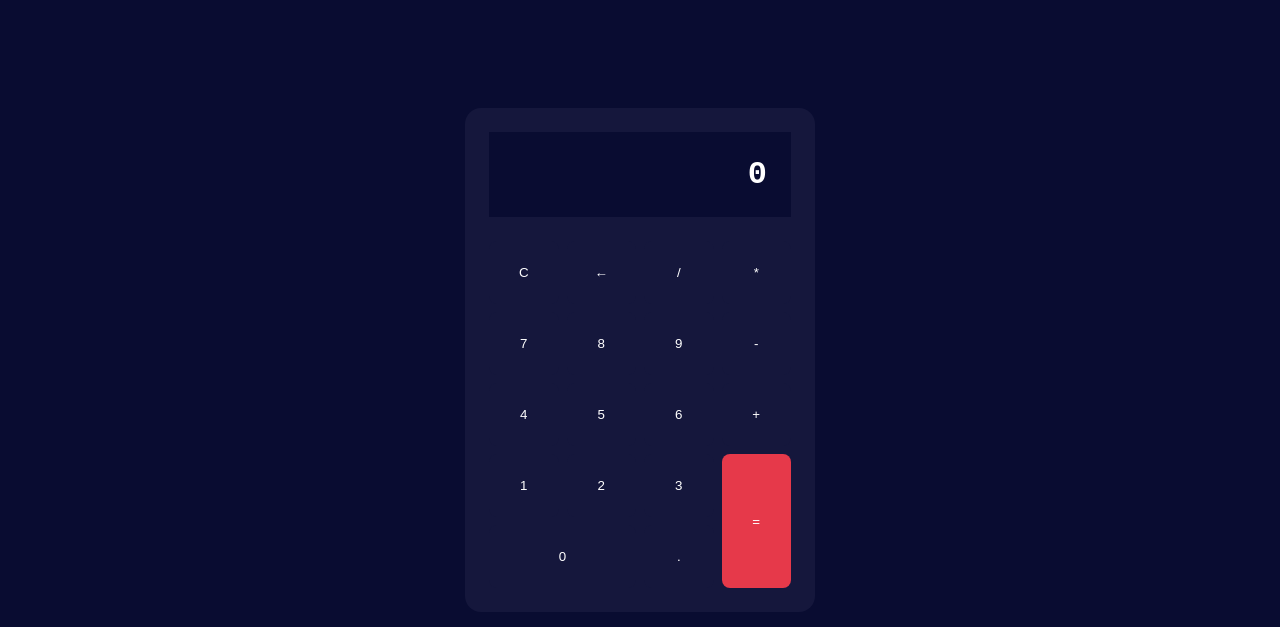
Repository: Herinyhert/Calculator
Page: index.html
These files come from the project's save history. The page is drawn as it stood at one moment and after a run of saves; the edit follows.
The browser window is 1280 px wide. The pictures show the whole page.
The pointer rests on the first visible `#equal`.

Above is the page before, as saved 2023-05-21 20:55:20.

After the next 4 saves:
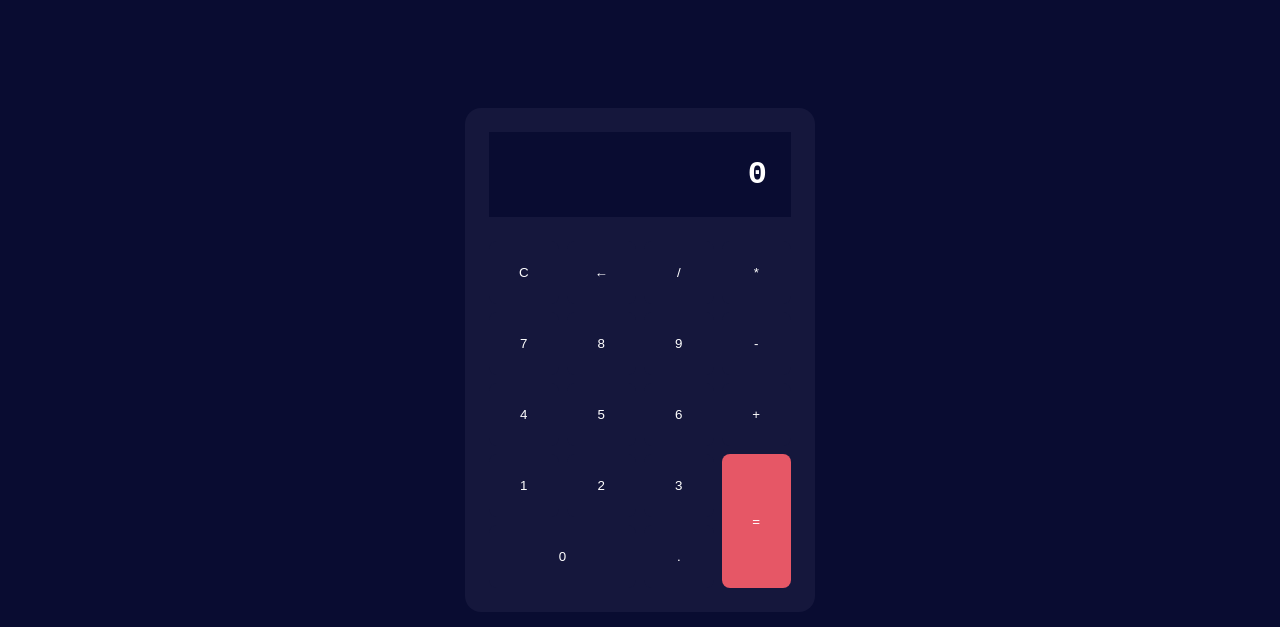
The 4 saves are shown as one change because they came seconds apart.
The last was saved 14 s later.
--- a/css/main.css
+++ b/css/main.css
@@ -62,5 +62,5 @@ body{
 }
 
 #equal:hover{
-    background-color: #e6394a;
+    background-color: #e65766;
 }
